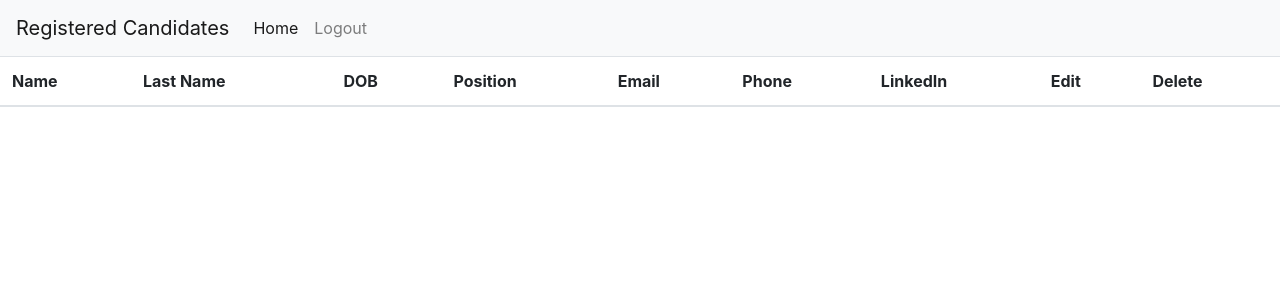
Repository: vinayvinay25794/RegistrationDemo
Page: http://localhost/allRegistrations
These files come from the project's save history. The page is drawn as it stood at one moment and after the next save; the edit follows.
The browser window is 1280 px wide. The pictures show the whole page.
Some web libraries are served in a nearby version. The page is this project's Thymeleaf template; nobody is signed in. The template is opened directly, without the code that normally fills it, so the values that code supplies are empty.

Above is the page before, as saved 2021-03-18 12:52:54.

After the next save:
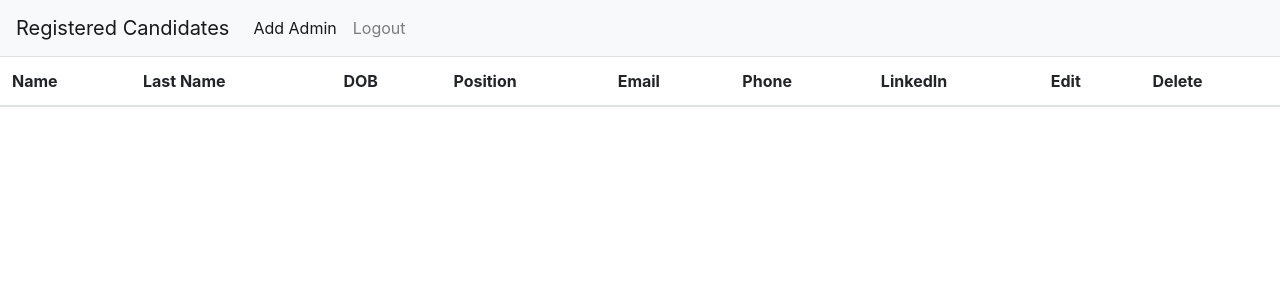
Saved 2 min 8 s later.
--- a/Hibernate/src/main/resources/templates/allRegistrations.html
+++ b/Hibernate/src/main/resources/templates/allRegistrations.html
@@ -19,7 +19,7 @@
   <div class="collapse navbar-collapse" id="navbarSupportedContent">
     <ul class="navbar-nav mr-auto">
       <li class="nav-item active">
-        <a class="nav-link" href="#">Home <span class="sr-only">(current)</span></a>
+        <a class="nav-link" href="/" th:href="@{/registration}">Add Admin <span class="sr-only">(current)</span></a>
       </li>
       <li class="nav-item">
         <a class="nav-link" href="/" th:href="@{/registration}">Logout</a>
